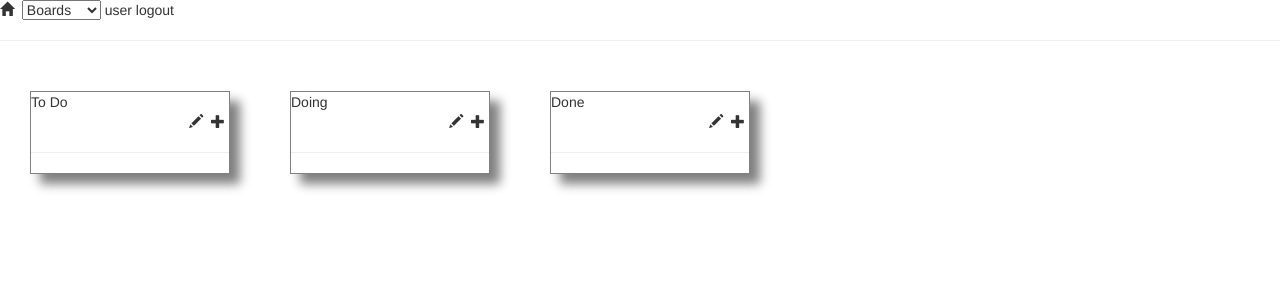
Repository: KIM-KYOUNG-OH/bitcamp-window
Page: Note/WebContent/front/note.html
An editor plug-in stored every save of this project. The page is shown before and after the next save, followed by the edit.
The browser window is 1280 px wide. The pictures show the whole page.

Above is the page before, as saved 2020-10-30 08:23:45.

After the next save:
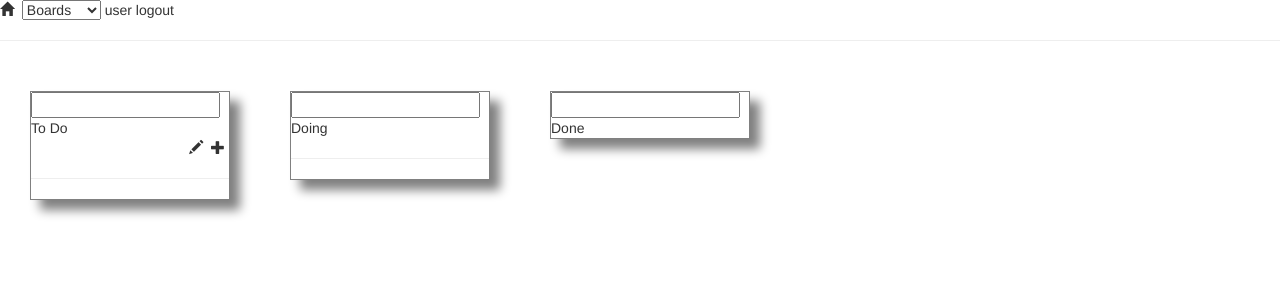
Saved 113 s later.
--- a/Note/WebContent/front/note.html
+++ b/Note/WebContent/front/note.html
@@ -22,7 +22,7 @@
 	}
 
 	.board_title{
-		display: none;
+		text-align: center;
 	}
 
 	.icon{
@@ -304,16 +304,8 @@ function showDatas(){
 	</div>
 
 	<div class='boards'><input type="text" class='board_title'><span>Doing</span><br>
-	<div class='icon'>
-		<span class="glyphicon glyphicon-pencil"></span>&nbsp;
-		<span class="glyphicon glyphicon-plus"></span>&nbsp;
-	</div>
 	<hr></div>
 	<div class='boards'><input type="text" class='board_title'><span>Done</span><br>
-	<div class='icon'>
-		<span class="glyphicon glyphicon-pencil"></span>&nbsp;
-		<span class="glyphicon glyphicon-plus"></span>&nbsp;
-	</div><hr>
 	<div></div>
 </div>
 
